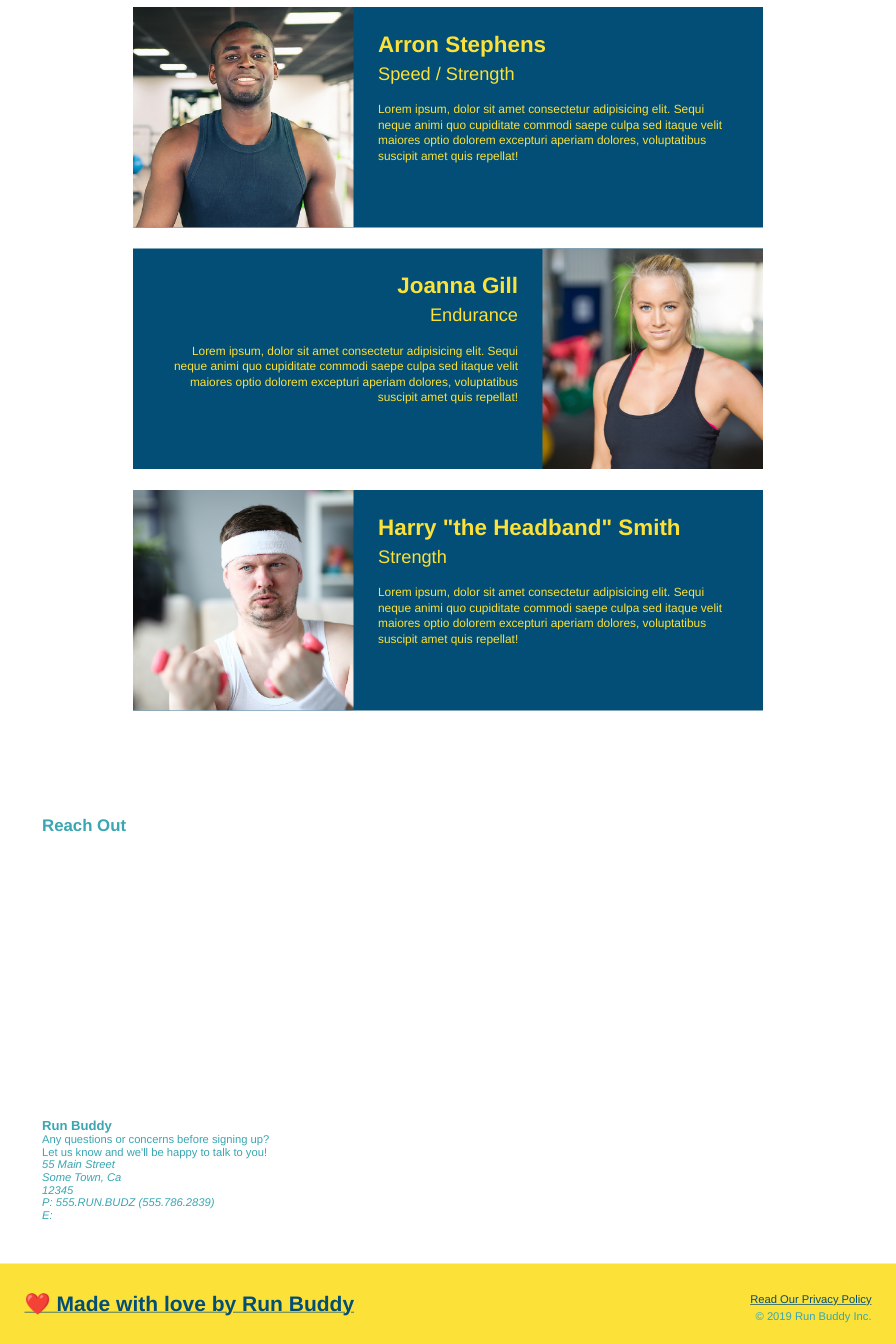
Repository: symlara/run-buddy
Page: index.html
An editor plug-in stored every save of this project. The page is shown before and after a run of saves, followed by the edit.
The browser window is 1280 px wide. The pictures show the part of the page from y = 2430 to 4350 px (the page is 4350 px tall), at 70% of full size.
Pictures or frames that could not be fetched are drawn as grey boxes.

Above is the page before, as saved 2020-12-10 15:34:49.

After the next 5 saves:
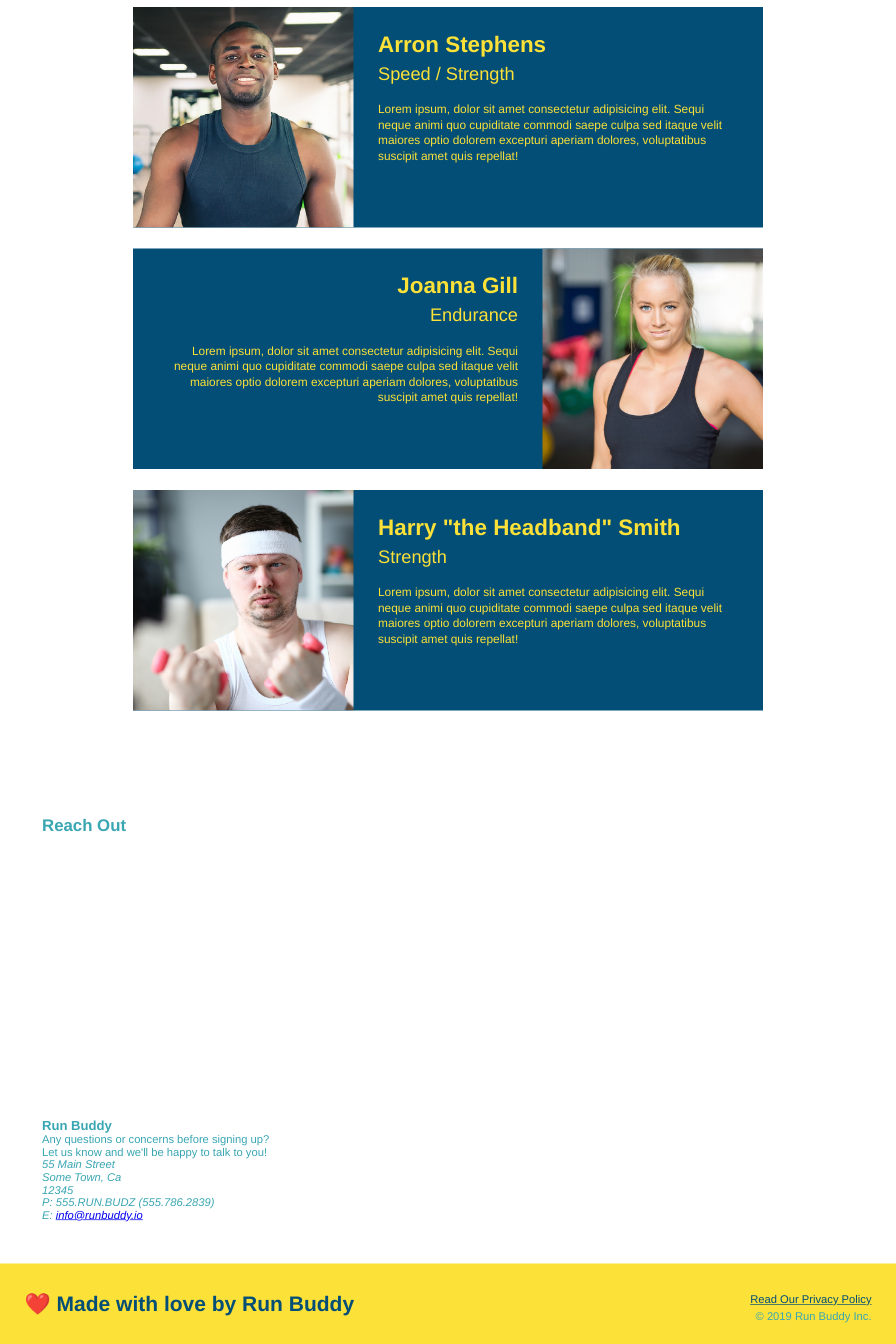
The 5 saves are shown as one change because they came seconds apart.
The last was saved 16 s later.
--- a/index.html
+++ b/index.html
@@ -183,7 +183,7 @@
                     Some Town, Ca <br />
                     12345<br />
                     P: 555.RUN.BUDZ (555.786.2839)<br />
-                    E: <a href="mailto:info@runbuddy.io"
+                    E: <a href="mailto:info@runbuddy.io">info@runbuddy.io</a>
                 </address>
             </div>
         </section>
